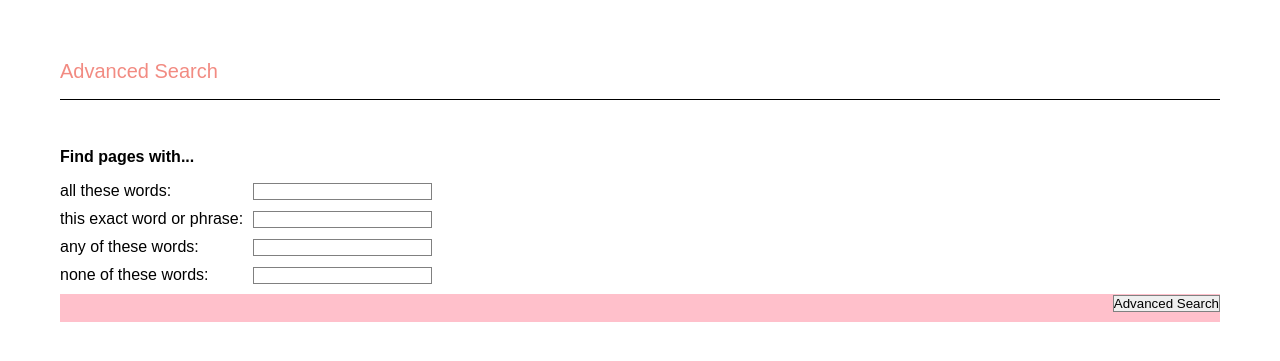
Repository: etentuk/search
Page: advanced_search.html
An editor plug-in stored every save of this project. The page is shown before and after the next save, followed by the edit.
The browser window is 1280 px wide. The pictures show the whole page.

Above is the page before, as saved 2021-11-04 23:45:04.

### advanced_search.html
<!DOCTYPE html>
<html lang="en">

<head>
    <title>Advanced Search</title>
    <link rel="stylesheet" href="styles.css">
</head>

<body>

    <div id="container">
        <div id="title">
            Advanced Search
        </div>
        <h4>Find pages with...</h4>
        <form action="https://google.com/search" class="form-example">
            <div style="display: table-row;">
                <div class="form-example">
                    <label for="as_q">all these words: </label>
                    <input type="text" id="as_q" name="as_q">
                </div>
                <div class="form-example">
                    <label for="as_epq">this exact word or phrase: </label>
                    <input type="text" id="as_epq" name="as_epq">
                </div>
                <div class="form-example">
                    <label for="as_oq">any of these words: </label>
                    <input type="text" id="as_oq" name="as_oq">
                </div>
                <div class="form-example">
                    <label for="as_eq">none of these words: </label>
                    <input type="text" id="as_eq" name="as_eq">
                </div>
                <div style="text-align: right; background-color: pink;">
                    <input  type="submit" value="Advanced Search">
                </div>
            </div>

        </form>
    </div>
</body>

</html>

### styles.css
* {
  margin: 0;
  padding: 0;
  box-sizing: border-box;
  font-family: Arial, sans-serif;
}

form.form-example {
  display: table;
}

div.form-example {
  display: table-row;
}

label,
input {
  display: table-cell;
  margin-bottom: 10px;
}

label {
  padding-right: 10px;
}

#title {
  border-bottom: 1px solid black;
  padding-bottom: 1rem;
  color: #f28b82;
  font-size: 20px;
  /* border-width: 10px; */
}

#container {
  font-family: Arial, Helvetica, sans-serif;
  min-height: 100vh;
  padding: 60px;
}

#container h4 {
  padding: 3rem 0 1rem 0;
  /* color: #fff; */
}

.form-example {
  width: 100%;
}

.form-example input {
  /* background-color: rgba(0, 0, 0, 0.8);
  width: 100%;
  border-radius: 2px; */
  border: 1px solid grey;
}

#submit {
  border: 1px solid grey;
  float: right;
}

After the next save:
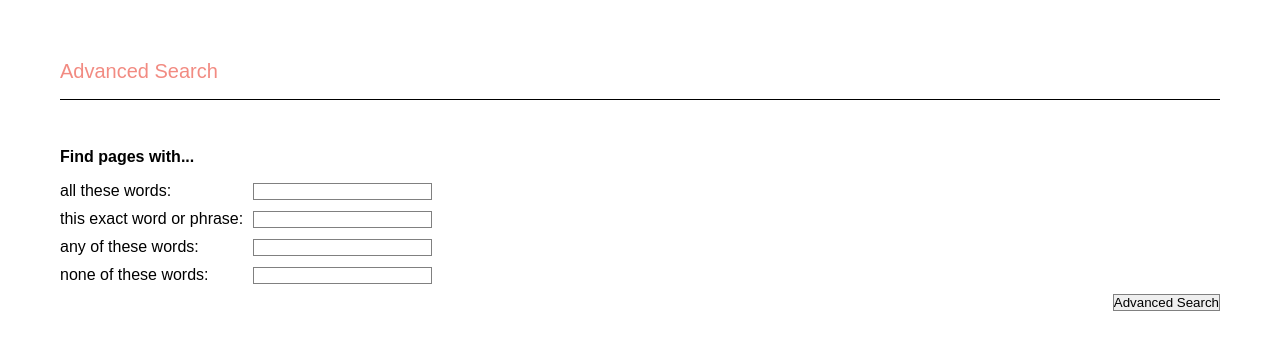
Saved 5 s later.
--- a/advanced_search.html
+++ b/advanced_search.html
@@ -32,7 +32,7 @@
                     <input type="text" id="as_eq" name="as_eq">
                 </div>
                 <div style="text-align: right; background-color: pink;">
-                    <input  type="submit" value="Advanced Search">
+                    <input id="submit" type="submit" value="Advanced Search">
                 </div>
             </div>
 
